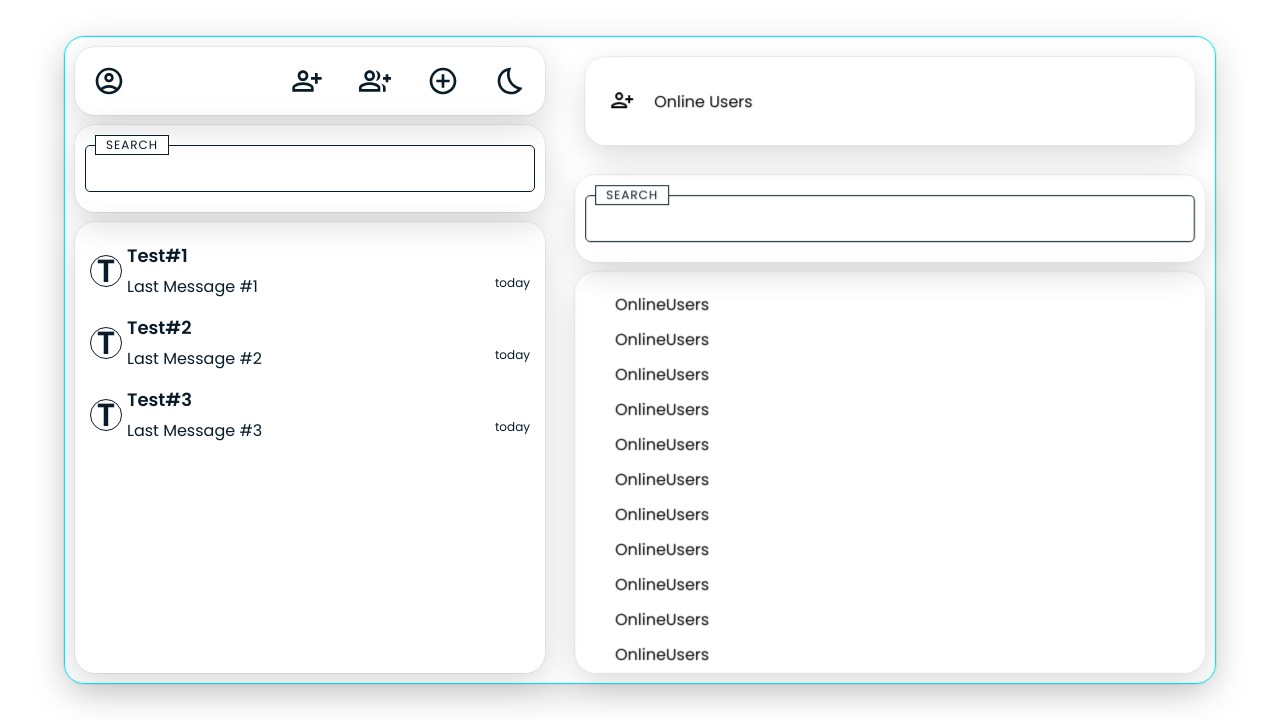
Repository: swastikjhacoder/mern-chat-frontend-only
Page: /users
An editor plug-in stored every save of this project. The page is shown before and after the next save, followed by the edit.
The browser window is 1280 px wide. The pictures show the whole page.
An inner scrolling area shows only its first screen. The project was rebuilt for these pictures with package versions that can differ from the ones it lists, and the page was loaded fresh each time. Also part of the build but not shown: src/components/loginSignup/Login.jsx, src/components/chat/MessageOthers.jsx, src/components/chat/MessageSelf.jsx, src/components/chat/ChatContainer.jsx. Imported but missing from the stored project, and not drawn on this page: src/components/loginSignup/SignUp.

Above is the page before, as saved 2023-09-21 22:17:33.

After the next save:
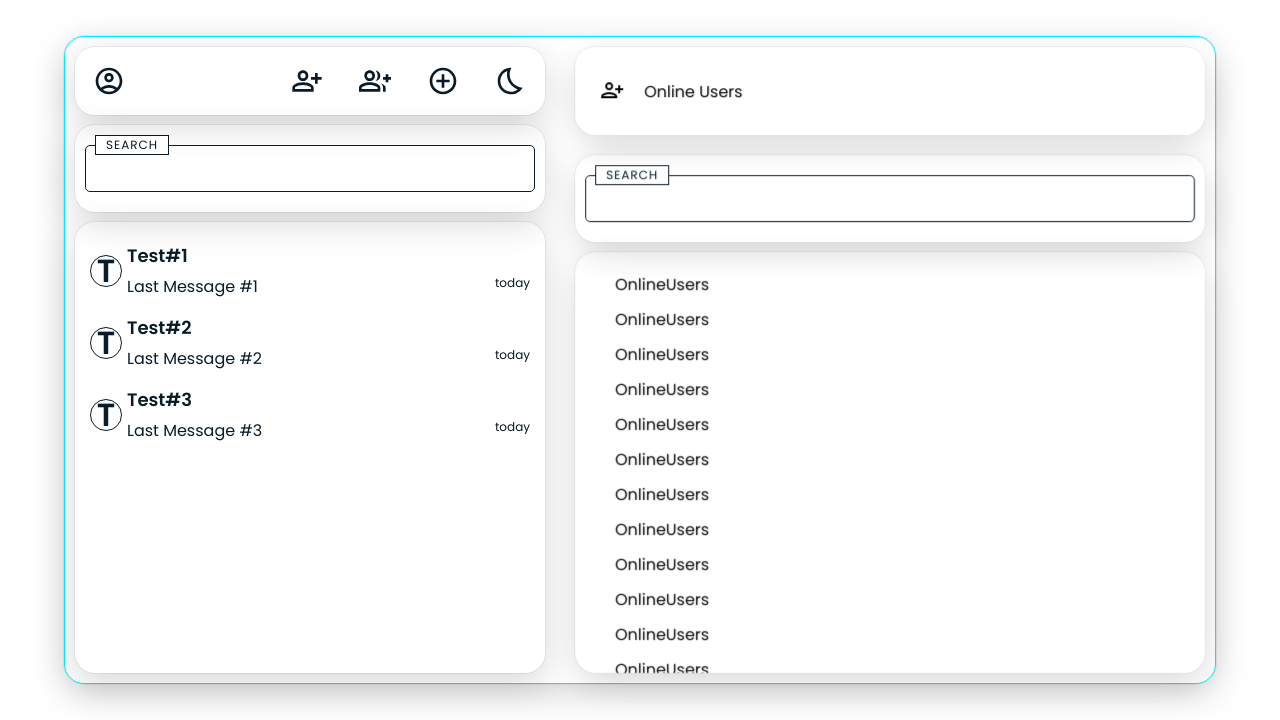
Saved 21 s later.
--- a/src/index.css
+++ b/src/index.css
@@ -300,7 +300,7 @@
 .online-users-header {
   border-radius: 20px;
   padding: 10px 15px;
-  margin: 10px;
+  /* margin: 10px; */
   display: flex;
   gap: 10px;
   box-shadow: var(--box-shadow);

After the save that followed:
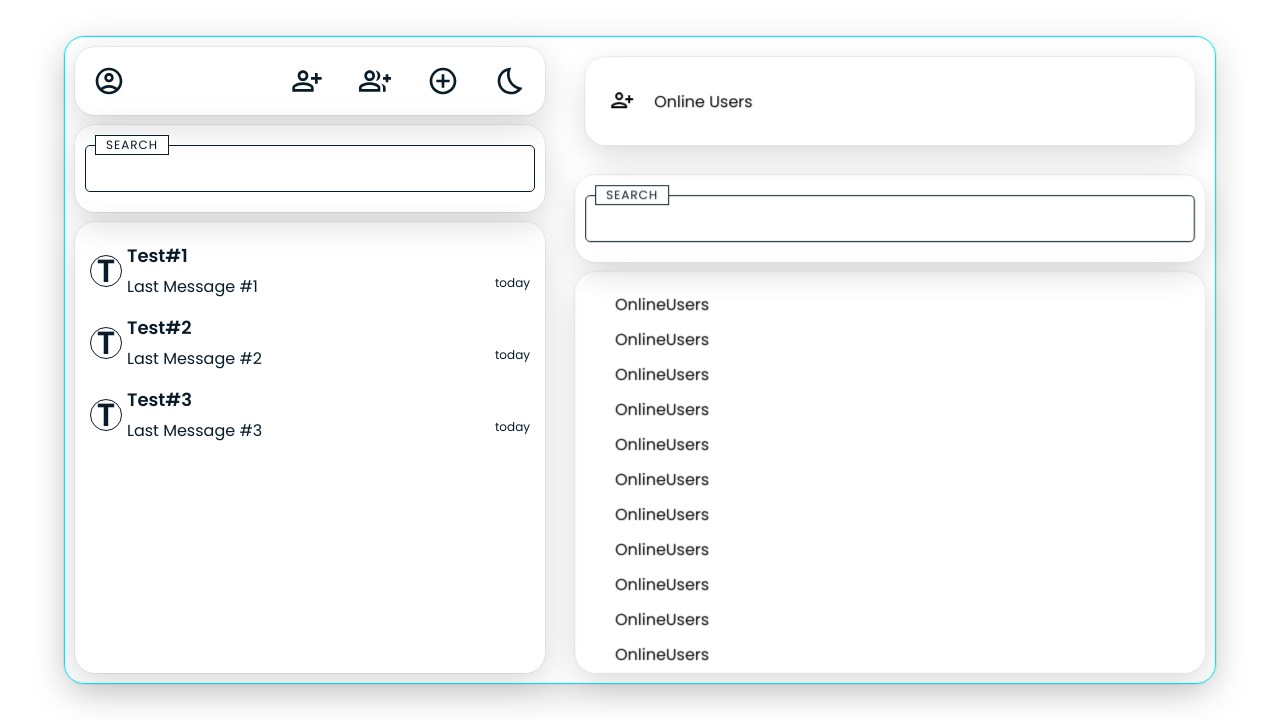
Saved 23 s later.
--- a/src/index.css
+++ b/src/index.css
@@ -300,7 +300,7 @@
 .online-users-header {
   border-radius: 20px;
   padding: 10px 15px;
-  /* margin: 10px; */
+  margin: 10px;
   display: flex;
   gap: 10px;
   box-shadow: var(--box-shadow);
